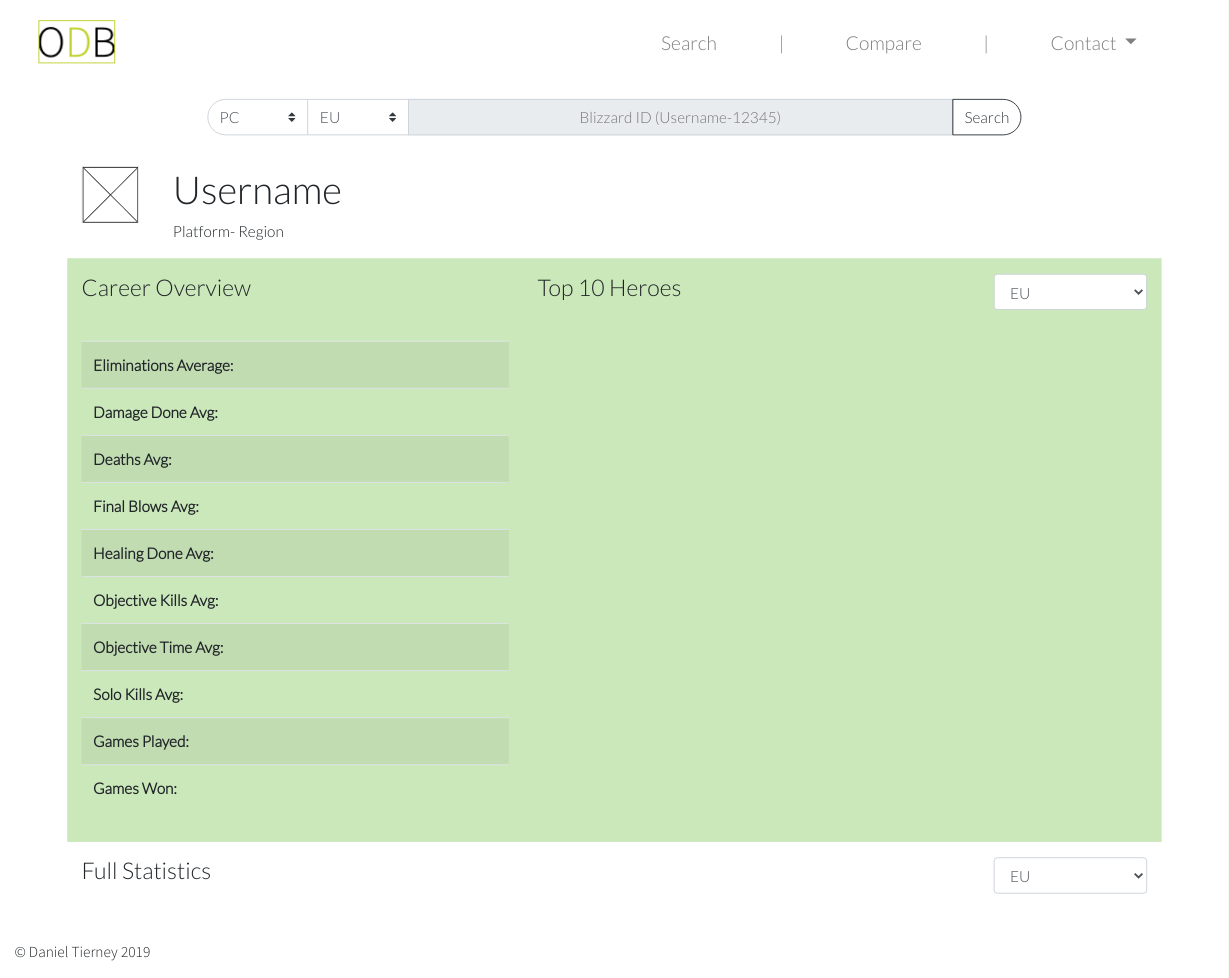
Repository: Cobonkoi/overwatch-dashboard
Page: search.html
The author's editor kept a record of every edit. The page is drawn from the files as they stood at one moment, then again after the next edit.
The browser window is 1280 px wide. The pictures show the whole page, at 96% of full size.

Above is the page before.

### search.html
<!DOCTYPE html>
<html lang="en">

<head>
    <meta charset="UTF-8">
    <meta name="viewport" content="width=device-width, initial-scale=1.0">
    <meta http-equiv="X-UA-Compatible" content="ie=edge">
    <title>Overwatch Dashboard</title>
    <link rel="stylesheet" href="libraries/bootstrap.min.css" type="text/css" />
    <link rel="stylesheet" href="https://stackpath.bootstrapcdn.com/font-awesome/4.7.0/css/font-awesome.min.css" type="text/css" />
    <link href="https://fonts.googleapis.com/css?family=Lato:300|Source+Sans+Pro:300&display=swap" rel="stylesheet">
    <link rel="stylesheet" href="assets/css/style.css" type="text/css" />
</head>

<body>
    <!-- NAVBAR -->
    <nav class="navbar navbar-expand-sm navbar-light my-2">
        <a href="index.html" class="navbar-brand ml-4"><img src="assets/images/brand-image.png" alt="Website Logo" width="80" height="45"></a>

        <button class="navbar-toggler ml-auto" type="button" data-toggle="collapse" data-target="#navbarNavDropdown" aria-controls="navbarNavDropdown" aria-expanded="false" aria-label="Toggle navigation">
            <span class="navbar-toggler-icon"></span></button>

        <div class="collapse navbar-collapse" id="navbarNavDropdown">
            <ul class="navbar-nav ml-auto mr-4">
                <li class="nav-item mr-5"><a class="nav-link" href="search.html">Search</a></li>
                <li class="mr-5 d-none d-sm-block"><a class="nav-link">|</a></li>
                <li class="nav-item mr-5"><a class="nav-link" href="compare.html">Compare</a></li>
                <li class="mr-5 d-none d-sm-block"><a class="nav-link">|</a></li>
                <li class="nav-item dropdown mr-5">
                    <a class="nav-link dropdown-toggle" href="" id="navbarDropdownMenuLink" role="button" data-toggle="dropdown" aria-haspopup="true" aria-expanded="false">
                      Contact
                    </a>
                    <div class="dropdown-menu" aria-labelledby="navbarDropdownMenuLink">
                        <a class="dropdown-item" href="featurerequest.html">Feature Request</a>
                        <a class="dropdown-item" href="bugreport.html">Bug Report</a>
                    </div>
                </li>
            </ul>
        </div>
    </nav>
    <!-- /NAVBAR -->

    <!-- SEARCH -->
    <div class="container search-container text-center d-none d-sm-block">
        <div class="row">
            <div class="col-12 my-3">
                <form class="form-inline" id="searchForm">
                    <div class="input-group mb-3 mx-auto">
                        <select class="custom-select rounded-left--search" id="searchFormPlatform" onchange="changeUsernamePlaceholder(); changeRegionHidden();">
                            <option disabled>Platform...</option>
                            <option value="pc">PC</option>
                            <option value="psn">PS4</option>
                            <option value="xbl">Xbox</option>
                        </select>
                        <select class="custom-select" id="searchFormRegion">
                            <option disabled>Region...</option>
                            <option value="eu">EU</option>
                            <option value="us">US</option>
                            <option value="asia">Asia</option>
                        </select>
                        <div class="input-group-append">
                            <input type="text" class="input-group-text" id="searchFormUsername" placeholder="Blizzard ID (Username-12345)" size="65" required>
                        </div>
                        <div class="input-group-append">
                            <button type="submit" class="btn btn-outline-dark rounded-right--search" form="searchForm">Search</button>
                        </div>
                    </div>
                </form>
            </div>
        </div>
    </div>
    <!-- /SEARCH -->

    <!-- SEARCH-MOBILE -->
    <div class="container search-container text-center d-sm-none">
        <div class="row">
            <div class="col-12">
                <form class="form-group" id="searchFormMobile">
                    <div class="mb-3 mx-auto">
                        <select class="form-control my-4" id="searchFormPlatformMobile" onchange="changeUsernamePlaceholderMobile(); changeRegionHiddenMobile();">
                            <option disabled>Platform...</option>
                            <option value="pc">PC</option>
                            <option value="psn">PS4</option>
                            <option value="xbl">Xbox</option>
                        </select>
                        <select class="form-control my-4" id="searchFormRegionMobile">
                            <option disabled>Region...</option>
                            <option value="eu">EU</option>
                            <option value="us">US</option>
                            <option value="asia">Asia</option>
                        </select>
                        <div class="input-group-append my-4">
                            <input type="text" class="form-control" id="searchFormUsernameMobile" placeholder="Blizzard ID (Username-12345)" required>
                        </div>
                    </div>
                </form>
            </div>
        </div>
    </div>

    <div class="container text-center d-sm-none">
        <div class="row">
            <div class="col-12 mb-5">
                <button type="submit" class="btn btn-outline-dark btn-rounded btn--search" form="searchFormMobile">Search</button>
            </div>
        </div>
    </div>
    <!-- /SEARCH MOBILE -->

    <!-- HEADER -->
    <div class="container search-header-container">
        <div class="row">
            <div class="col-1 mb-3">
                <img src="assets/images/placeholder-profile-picture.png" alt="profile picture" width="60" height="60"></img>
            </div>
            <div class="col-3 mb-3">
                <h1 class="" id="">Username</h1>
                <span class="" id="profilePlatform">Platform</span><span class="" id="profileRegion">- Region</span>
            </div>
            <div class="col-2 mb-3">
                <!-- Account Level -->
                <!-- Endoresment Level -->
            </div>
            <div class="col-6 mb-3">
                <!-- Quickplay / Comp toggler -->
            </div>
        </div>
    </div>
    <!-- /HEADER -->

    <!-- CAREER OVERVIEW -->
    <div class="container career-overview-container">
        <div class="row">
            <div class="col-5 my-3">
                <h4 class="" id="">Career Overview</h4>
            </div>
            <div class="col-5 my-3">
                <h4 class="" id="">Top 10 Heroes</h4>
            </div>
            <div class="col-2 my-3">
                <select class="form-control" id="">
                    <option disabled>Region...</option>
                    <option value="eu">EU</option>
                    <option value="us">US</option>
                    <option value="asia">Asia</option>
                </select>
            </div>
        </div>
        <div class="row">
            <div class="col-5 my-3">
                <table class="table table-striped">
                    <tbody>
                        <tr>
                            <th scope="row">Eliminations Average:</th>
                            <td id="careerOverviewEliminations"></td>
                        </tr>
                        <tr>
                            <th scope="row">Damage Done Avg:</th>
                            <td id="careerOverviewDamageDone"></td>
                        </tr>
                        <tr>
                            <th scope="row">Deaths Avg:</th>
                            <td id="careerOverviewDeaths"></td>
                        </tr>
                        <tr>
                            <th scope="row">Final Blows Avg:</th>
                            <td id="careerOverviewFinalBlows"></td>
                        </tr>
                        <tr>
                            <th scope="row">Healing Done Avg:</th>
                            <td id="careerOverviewHealing"></td>
                        </tr>
                        <tr>
                            <th scope="row">Objective Kills Avg:</th>
                            <td id="careerOverviewObjectiveKills"></td>
                        </tr>
                        <tr>
                            <th scope="row">Objective Time Avg:</th>
                            <td id="careerOverviewObjectiveTime"></td>
                        </tr>
                        <tr>
                            <th scope="row">Solo Kills Avg:</th>
                            <td id="careerOverviewSoloKills"></td>
                        </tr>
                        <tr>
                            <th scope="row">Games Played:</th>
                            <td id="careerOverviewGamesPlayed"></td>
                        </tr>
                        <tr>
                            <th scope="row">Games Won:</th>
                            <td id="careerOverviewGamesWon"></td>
                        </tr>
                    </tbody>
                </table>
            </div>
            <div class="col-7 my-3">
                <!-- top 10 table -->
            </div>
        </div>
    </div>
    <!-- /CAREER OVERVIEW -->

    <!-- FULL STATISTICS -->
    <div class="container search-header-container before-footer">
        <div class="row">
            <div class="col-10 my-3">
                <h4 class="" id="">Full Statistics</h4>
            </div>
            <div class="col-2 my-3">
                <select class="form-control" id="">
                    <option disabled>Region...</option>
                    <option value="eu">EU</option>
                    <option value="us">US</option>
                    <option value="asia">Asia</option>
                </select>
            </div>
        </div>
        <div class="row">
            <div class="col-12 my-3">
                <!-- full statistics table -->
            </div>
        </div>
    </div>
    <!-- /FULL STATISTICS -->


    <!-- <div class="container-fluid">
        <div class="row">
            <div class="col-12">
                <div>Games: </div>
                <div id="stat-games"></div><br>
                <div>Test Usernames: <br> Zael-2375 (PC, EU)<br> Sharpy-2695 (PC, EU)<br> MLGesus-21679 (PC, EU)<br> LicensedCntrctr (Xbox, US)<br> Ignortion (PS4, US)<br> NekoGirlMx (PS4, Asia)<br> shon bilinkis (Xbox, Asia)</div>
            </div>
        </div>
    </div> /-->

    <!-- FOOTER -->
    <footer class="footer">
        <div class="container-fluid">
            <div class="row">
                <div class="col-12 text-left">
                    <p>© Daniel Tierney 2019</p>
                </div>
            </div>
        </div>
    </footer>
    <!-- /FOOTER -->

    <!-- SCRIPTS -->
    <script src="libraries/jquery.slim.min.js"></script>
    <script src="libraries/bootstrap.bundle.min.js"></script>
    <script src="assets/javascript/main.js"></script>
    <!-- /SCRIPTS -->

</body>

</html>

### assets/css/style.css
html,
body {
    height: 100%;
}

body {
    font-family: 'Lato', sans-serif;
    display: flex;
    flex-direction: column;
}

p {
    font-family: 'Source Sans Pro', sans-serif;
}

/* -- NAVBAR -- */

.navbar-nav {
    font-size: 1.25rem;
}

/* -- FOOTER -- */

.before-footer {
    flex: 1 0 auto;
}

.footer {
    flex-shrink: 0;
}

/* -- CONTAINERS -- */

.callout-container {
    height: 30vh;

    display: flex;
    align-items: flex-end;
    justify-content: center;
}

.reminder-container {
    align-items: center;
    justify-content: center;
}

.search-container {
    align-items: center;
    justify-content: center;
}

.career-overview-container {
    background-color: #cbe8ba;
}

/* -- FORM ASSETS -- */



/* -- BUTTONS -- */

.btn--search {
    font-size: 1.1rem;
    border-radius: 10rem;
    width: 10rem;
}

/* -- HEADERS -- */

#indexTitle {
    font-size: 3.5rem;
}

/* ---- MEDIA QUERIES ---- */

@media (min-width: 768px) {

/* -- FORM ASSETS -- */
    .rounded-left--search {
        border-top-left-radius: 10rem;
        border-bottom-left-radius: 10rem;
    }

    .rounded-right--search {
        border-top-right-radius: 10rem;
        border-bottom-right-radius: 10rem;
    }
}

### assets/javascript/main.js
const baseURL = "https://ow-api.com/v1/stats/";


function getData(type, cb) {
    var xhr = new XMLHttpRequest();

    var platform = document.getElementById("search-form-platform").value;
    var region = document.getElementById("search-form-region").value;
    var username = document.getElementById("search-form-username").value;

    if (platform == "pc") {
        var profileUrl = baseURL + platform + "/" + region + "/" + username + "/complete";
    } else {
        var profileUrl = baseURL + platform + "/"  + username + "/complete";
    }

    xhr.onreadystatechange = function() {
        if (this.readyState == 4 && this.status == 200) {
            cb(JSON.parse(this.responseText));
        }
    };

    xhr.open("GET", profileUrl);
    xhr.send();
}

function writeToDocument(type) {
    getData(type, function(data) {
        console.dir(data);
        document.getElementById("stat-games").innerHTML = `Played ${data.competitiveStats.games.played} / Won ${data.competitiveStats.games.won}`;
    });
}

function changeUsernamePlaceholder() {
    if (document.getElementById("searchFormPlatform").value == "pc") {
        document.getElementById("searchFormUsername").placeholder = "Blizzard ID (Username-12345)";
    } else if (document.getElementById("searchFormPlatform").value == "xbl") {
        document.getElementById("searchFormUsername").placeholder = "Gamertag";
    } else if (document.getElementById("searchFormPlatform").value == "psn") {
        document.getElementById("searchFormUsername").placeholder = "PSN ID";
    }
}

function changeUsernamePlaceholderMobile() {
    if (document.getElementById("searchFormPlatformMobile").value == "pc") {
        document.getElementById("searchFormUsernameMobile").placeholder = "Blizzard ID (Username-12345)";
    } else if (document.getElementById("searchFormPlatformMobile").value == "xbl") {
        document.getElementById("searchFormUsernameMobile").placeholder = "Gamertag";
    } else if (document.getElementById("searchFormPlatformMobile").value == "psn") {
        document.getElementById("searchFormUsernameMobile").placeholder = "PSN ID";
    }
}

function changeRegionHidden() {
    if (document.getElementById("searchFormPlatform").value == "pc") {
        var regionDropdown = document.getElementById("searchFormRegion");
        regionDropdown.removeAttribute("hidden");
    } else if (document.getElementById("searchFormPlatform").value == "xbl") {
        var regionDropdown = document.getElementById("searchFormRegion");
        regionDropdown.setAttribute("hidden", true);
    } else if (document.getElementById("searchFormPlatform").value == "psn") {
        var regionDropdown = document.getElementById("searchFormRegion");
        regionDropdown.setAttribute("hidden", true);
    }
}

function changeRegionHiddenMobile() {
    if (document.getElementById("searchFormPlatformMobile").value == "pc") {
        var regionDropdownMobile = document.getElementById("searchFormRegionMobile");
        regionDropdownMobile.removeAttribute("hidden");
    } else if (document.getElementById("searchFormPlatformMobile").value == "xbl") {
        var regionDropdownMobile = document.getElementById("searchFormRegionMobile");
        regionDropdownMobile.setAttribute("hidden", true);
    } else if (document.getElementById("searchFormPlatformMobile").value == "psn") {
        var regionDropdownMobile = document.getElementById("searchFormRegionMobile");
        regionDropdownMobile.setAttribute("hidden", true);
    }
}

Loaded but not shown: libraries/bootstrap.min.css (library); libraries/jquery.slim.min.js (library); libraries/bootstrap.bundle.min.js (library)

After the next edit:
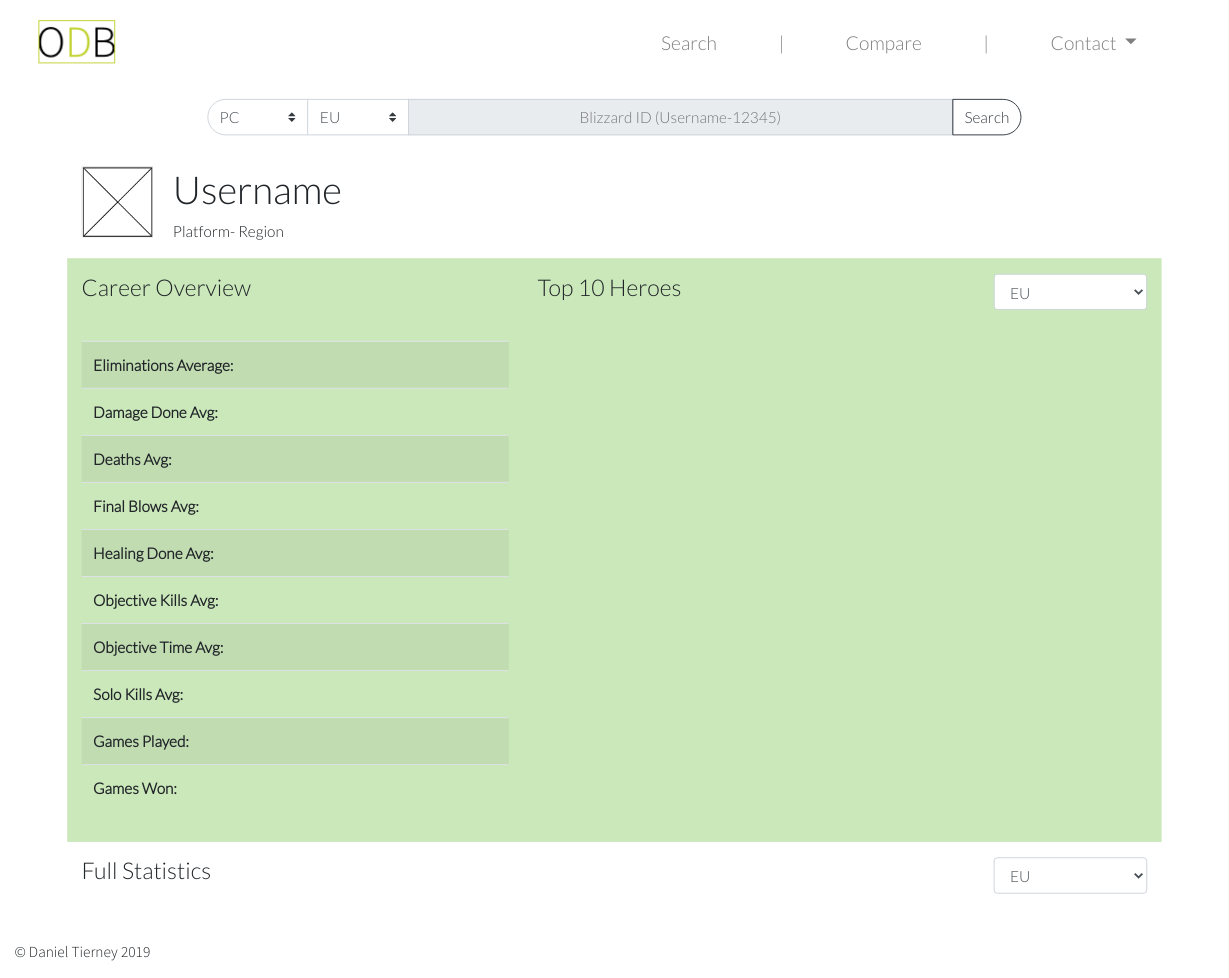
The edit:
--- a/search.html
+++ b/search.html
@@ -111,7 +111,7 @@
     <div class="container search-header-container">
         <div class="row">
             <div class="col-1 mb-3">
-                <img src="assets/images/placeholder-profile-picture.png" alt="profile picture" width="60" height="60"></img>
+                <img src="assets/images/placeholder-profile-picture.png" alt="profile picture" width="75" height="75"></img>
             </div>
             <div class="col-3 mb-3">
                 <h1 class="" id="">Username</h1>
